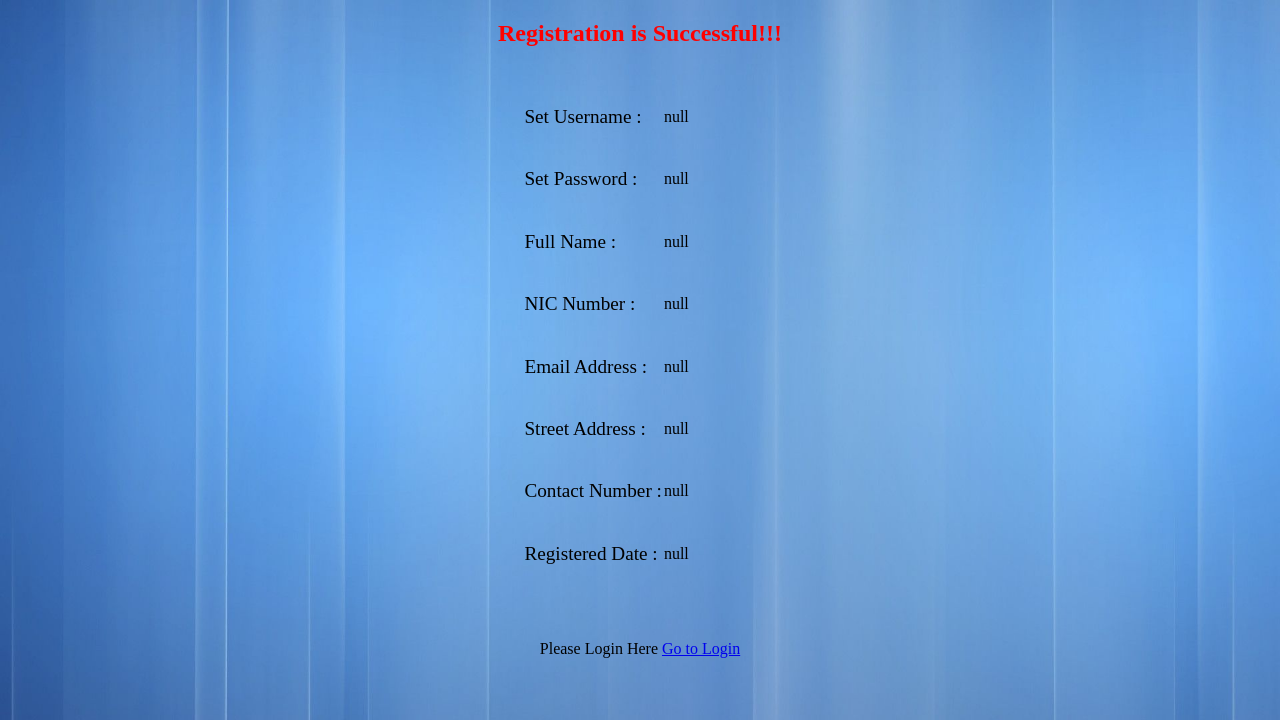
Repository: nirmaniPathiranage/CSSE-Procurement-Management
Page: http://localhost/Item_Management/Welcome.jsp
These files come from the project's save history. The page is drawn as it stood at one moment and after the next save; the edit follows.
The browser window is 1280 px wide. The pictures show the whole page.
The page is served by Tomcat 9. Other server files are loaded and not shown.

Above is the page before, as saved 2019-09-29 18:20:38.

### Item_Management/WebContent/Welcome.jsp
<%@ page language="java" contentType="text/html; charset=ISO-8859-1"
	pageEncoding="ISO-8859-1"%>
<!DOCTYPE html>
<html>
<head>
<meta http-equiv="Content-Type" content="text/html; charset=ISO-8859-1">
<title>Welcome Registration</title>
<style>
body{

	background:url('back.jpg');
	background-size: cover;
}
td{
	width:60%;
	height:60px;
}
</style>
</head>
<body>
	<h2>
		<center>
			<font color="red">Registration is Successful!!!</font>
		</center>
	</h2>
	<br>
	<%
		String userName = request.getParameter("username");
		String passWord = request.getParameter("password");
		String fullName = request.getParameter("fullname");
		String NICno = request.getParameter("nicno");
		String emailAddress = request.getParameter("emailaddress");
		String streetAddress = request.getParameter("streetaddress");
		String contactNo = request.getParameter("contactno");
		String regDate = request.getParameter("regdate");
	%>
	<table id="nat" align="center" border="0" cellpadding="0" style:width="50%">
		<tr height="0px">
			<td><p style="font-size: larger">Set Username  : </td>
			<td><%=userName%></td>
		</tr>
		<tr height="0px">
			<td><p style="font-size: larger">Set Password  : </td>
			<td><%=passWord%></td>
		</tr>
		<tr height="0px">
			<td><p style="font-size: larger">Full Name  : </td>
			<td><%=fullName%></td>
		</tr>
		<tr height="0px">
			<td><p style="font-size: larger">NIC Number  : </td>
			<td><%=NICno%></td>
		</tr>
		<tr height="0px">
			<td><p style="font-size: larger">Email Address  : </td>
			<td><%=emailAddress%></td>
		</tr>
		<tr height="0px">
			<td><p style="font-size: larger">Street Address  : </td>
			<td><%=streetAddress%></td>
		</tr>
		<tr height="0px">
			<td><p style="font-size: larger">Contact Number  : </td>
			<td><%=contactNo%></td>
		</tr>
		<tr height="0px">
			<td><p style="font-size: larger">Registered Date  : </td>
			<td><%=regDate%></td>
		</tr>
	</table>
	<br>
	<br>
	<br><center>Please Login Here
	<a href='Login.jsp'>Go to Login</a></center>
</body>
</html>

After the next save:
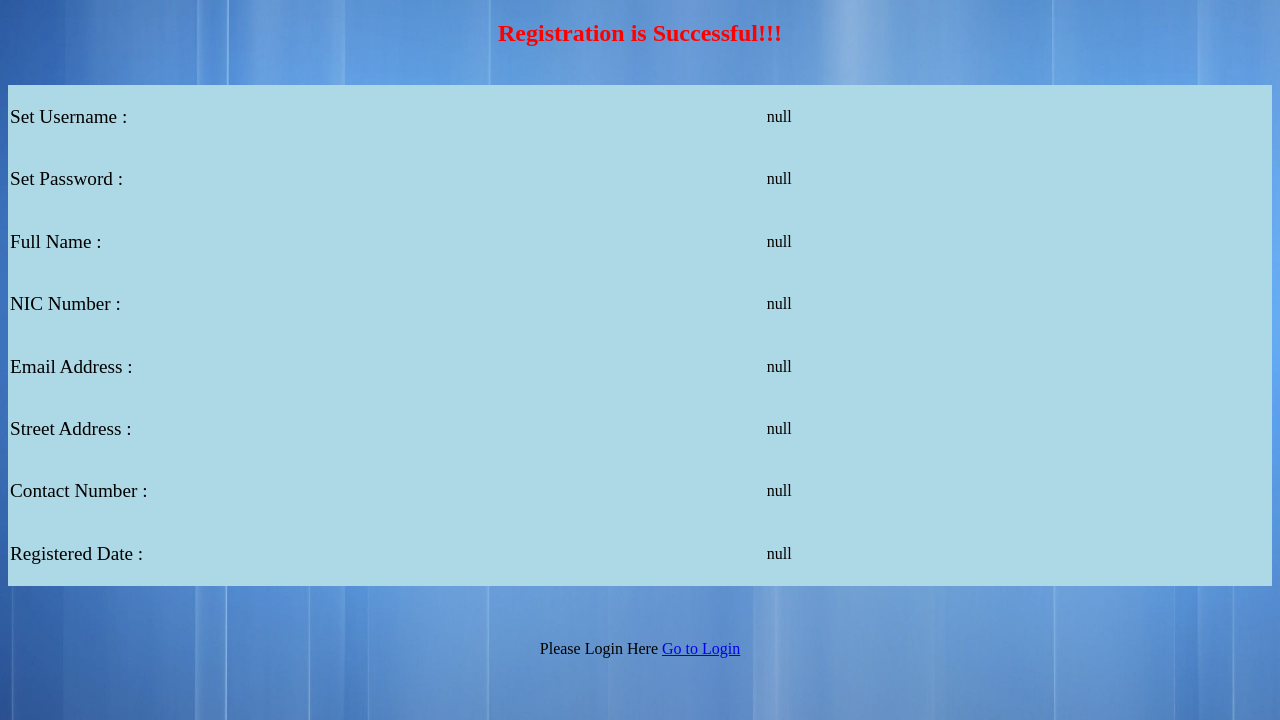
Saved 45 s later.
--- a/Item_Management/WebContent/Welcome.jsp
+++ b/Item_Management/WebContent/Welcome.jsp
@@ -11,9 +11,15 @@ body{
 	background:url('back.jpg');
 	background-size: cover;
 }
+
 td{
 	width:60%;
 	height:60px;
+}
+
+table#nat {
+	width: 100%;
+	background-color:lightblue;
 }
 </style>
 </head>
